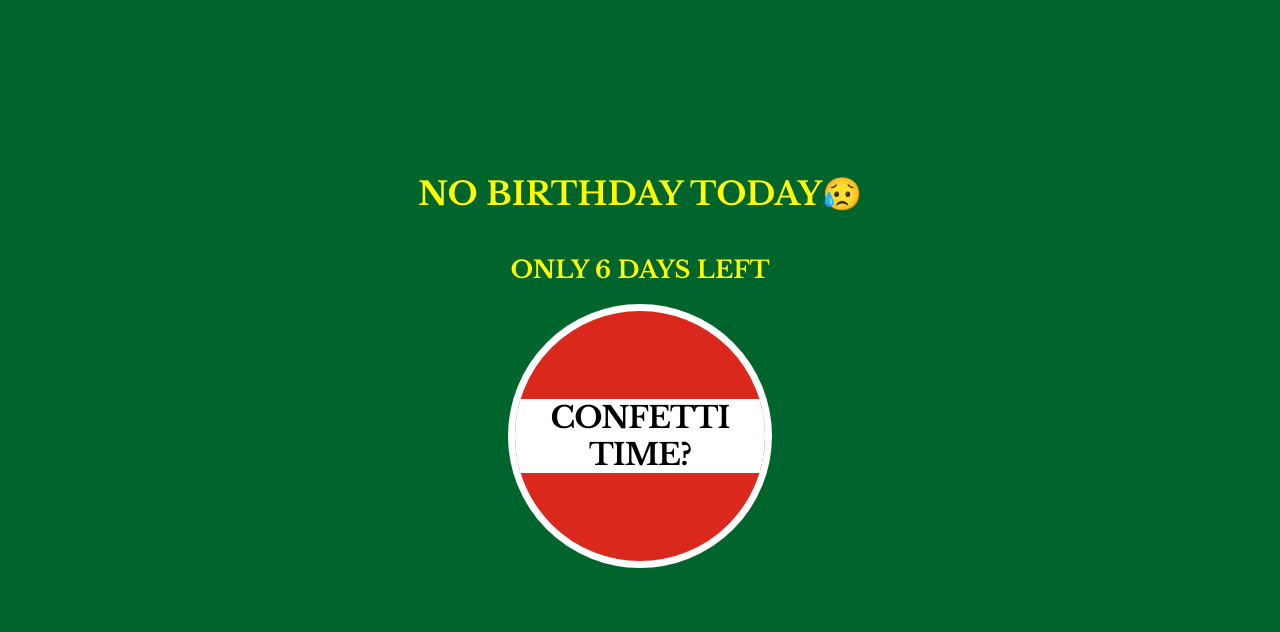
Repository: David-Waite/HannahsBirthdayWebsite
Page: /
The author's editor kept a copy of each file at every save. The page is drawn from the files as they stood at one save, then again after the next save.
The browser window is 1280 px wide. The pictures show the whole page.
The project was rebuilt for these pictures with package versions that can differ from the ones it lists, and the page was loaded fresh each time.

Above is the page before, as saved 2023-03-30 18:38:15.

After the next save:
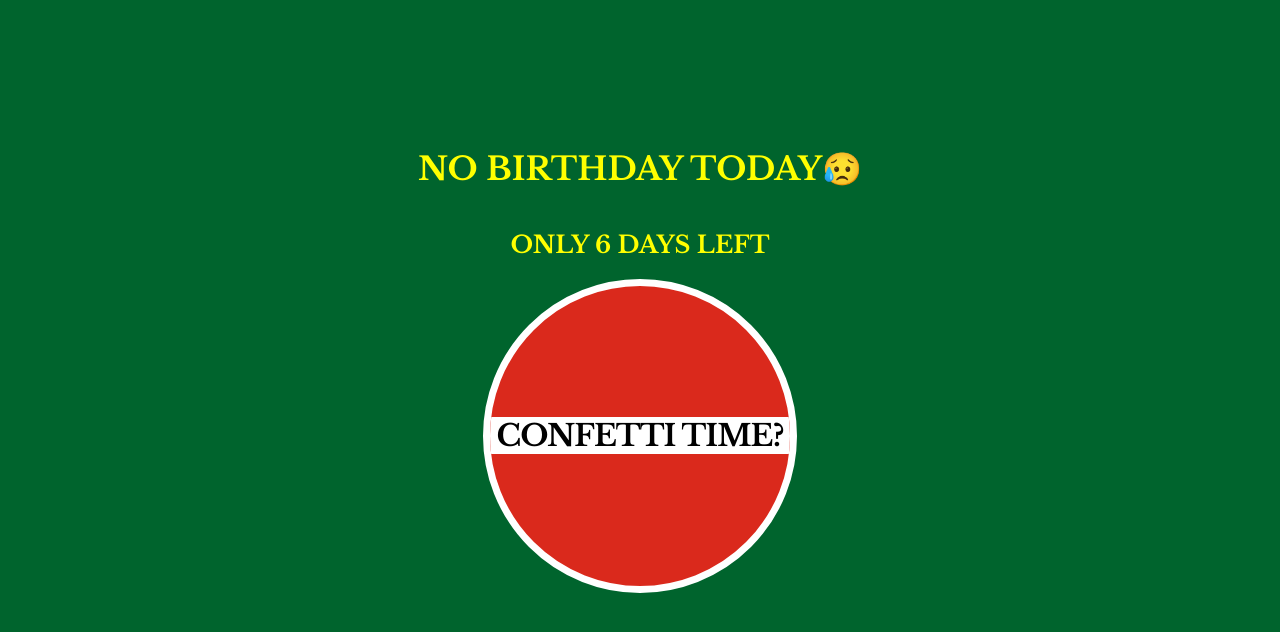
Saved 9 s later.
--- a/src/index.css
+++ b/src/index.css
@@ -20,8 +20,8 @@ body {
   display: flex;
   align-items: center;
   justify-content: center;
-  height: 250px;
-  width: 250px;
+  height: 300px;
+  width: 300px;
   overflow: hidden;
   background-color: #da291c;
   border-radius: 50%;
